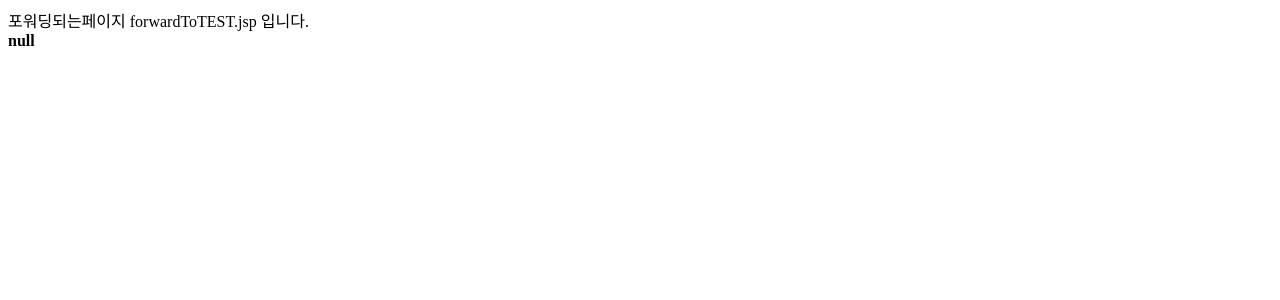
Repository: BangHoJung/jsp
Page: http://localhost/Step02/1229/forwardToTEST.jsp
These files come from the project's save history. The page is drawn as it stood at one moment and after the next save; the edit follows.
The browser window is 1280 px wide. The pictures show the whole page.
The page is served by Tomcat 9. Other server files are loaded and not shown.

Above is the page before, as saved 2020-12-29 06:49:27.

### Step02/WebContent/1229/forwardToTEST.jsp
<%@ page language="java" contentType="text/html; charset=UTF-8"
    pageEncoding="UTF-8"%>

	<%
		String id = request.getParameter("id");
		String hobby = request.getParameter("hobby");
	%>

	포워딩되는페이지 forwardToTEST.jsp 입니다.<br>
	<b><%=id %></b>

After the next save:
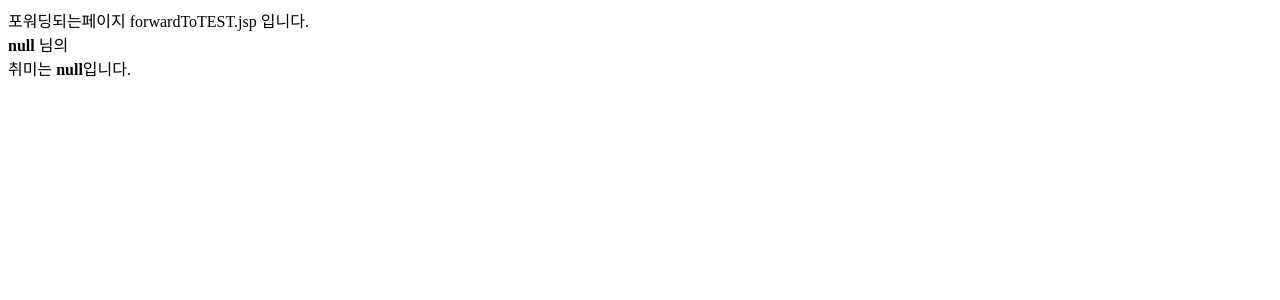
Saved 19 s later.
--- a/Step02/WebContent/1229/forwardToTEST.jsp
+++ b/Step02/WebContent/1229/forwardToTEST.jsp
@@ -7,4 +7,5 @@
 	%>
 
 	포워딩되는페이지 forwardToTEST.jsp 입니다.<br>
-	<b><%=id %></b>
+	<b><%=id %></b> 님의 <br>
+	취미는 <b><%=hobby %></b>입니다.
